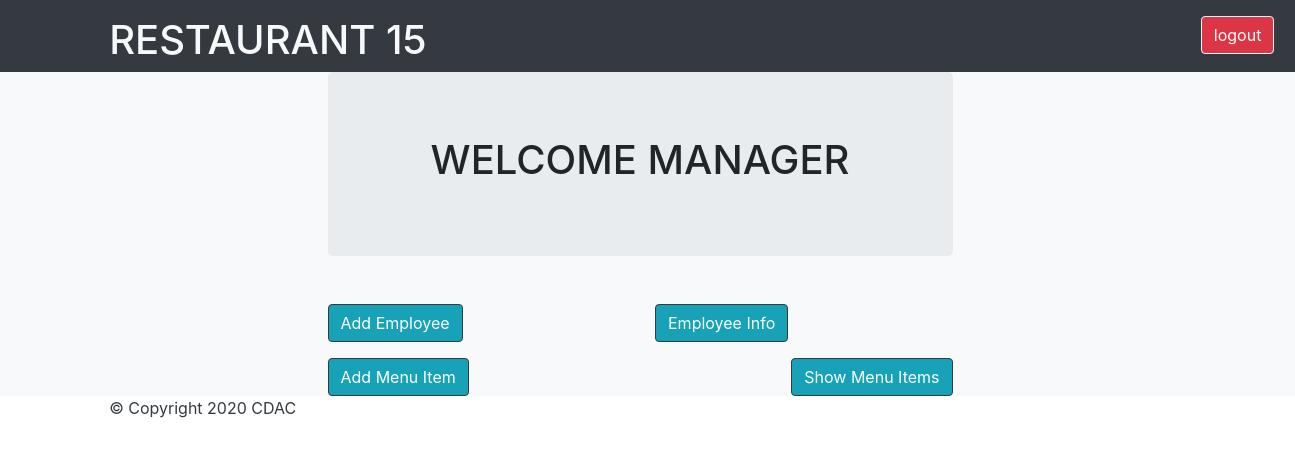
Repository: Pedaxx-IT-solution/E-Waiter-Stuff-
Page: http://localhost/ProjectEwaiter/WEB-INF/views/welcomemgr.jsp
The author's editor kept a copy of each file at every save. The page is drawn from the files as they stood at one save, then again after the next save.
The browser window is 1280 px wide. The page is 1295 px wide, so the pictures cover 1295 px, including what lies to the right of the window. The pictures show the whole page.
The page is served by Tomcat 9. Nobody is signed in. The template is opened directly, without the code that normally fills it, so the values that code supplies are empty.

Above is the page before, as saved 2020-01-25 22:52:49.

After the next save:
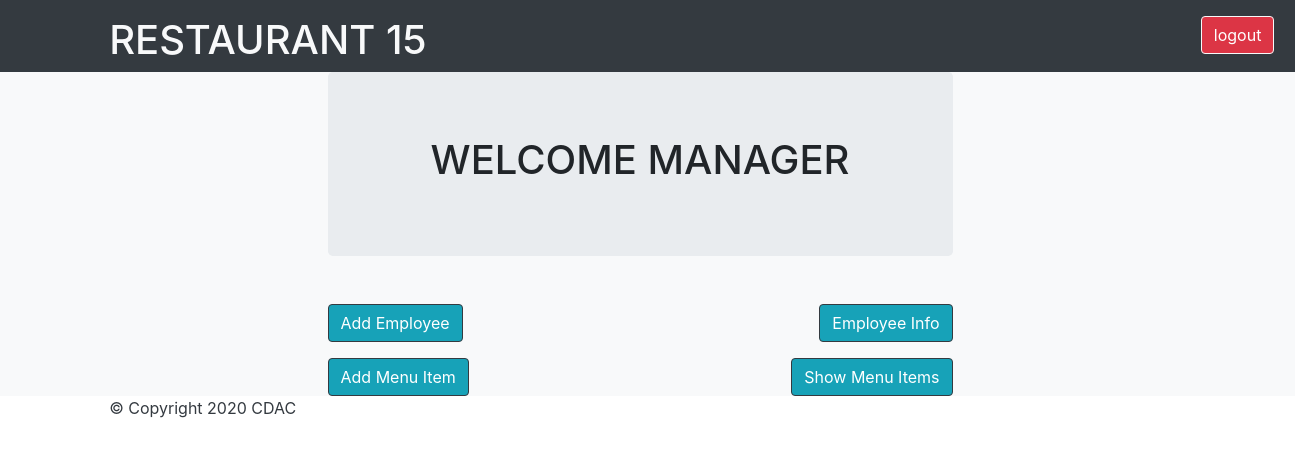
Saved 22 s later.
--- a/MyProject/ProjectEwaiter/src/main/webapp/WEB-INF/views/welcomemgr.jsp
+++ b/MyProject/ProjectEwaiter/src/main/webapp/WEB-INF/views/welcomemgr.jsp
@@ -49,7 +49,7 @@ response.setHeader("Expires", "0");
 
 			</div>
 
-			<div class=" col-3">
+			<div class=" col-3 text-right">
 
 					<a href="/user/showemp" class="mt-3 btn btn-info border-dark" role="button">Employee Info</a>
 			</div>
